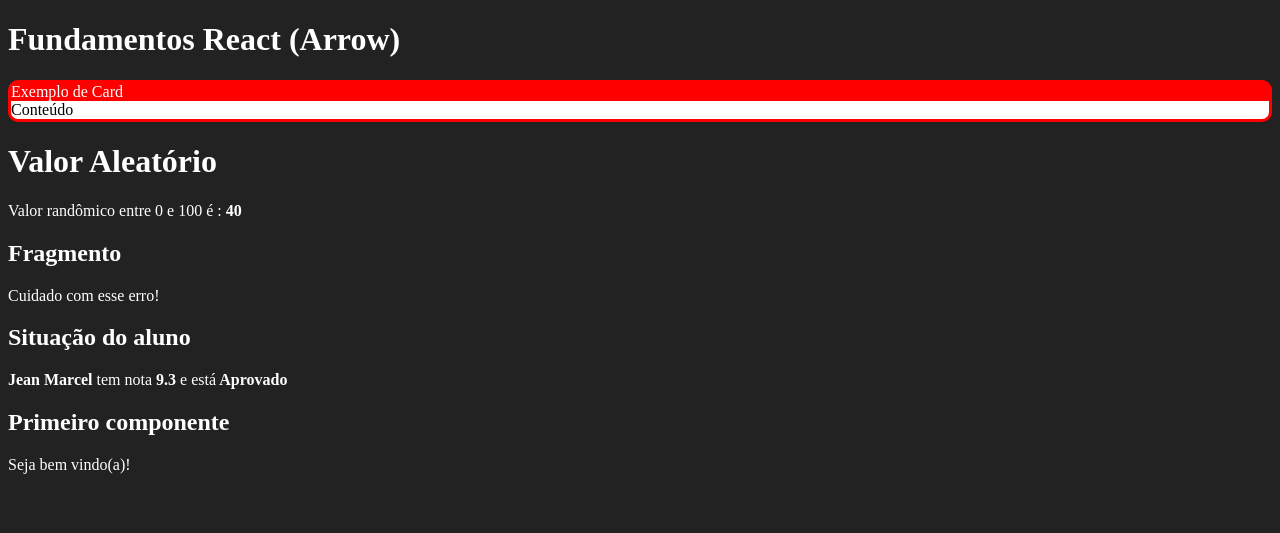
Repository: jean-siqueira/fundamentos-react
Page: /
An editor plug-in stored every save of this project. The page is shown before and after the next save, followed by the edit.
The browser window is 1280 px wide. The pictures show the whole page.
The project was rebuilt for these pictures with package versions that can differ from the ones it lists, and the page was loaded fresh each time.

Above is the page before, as saved 2023-03-04 12:00:10.

After the next save:
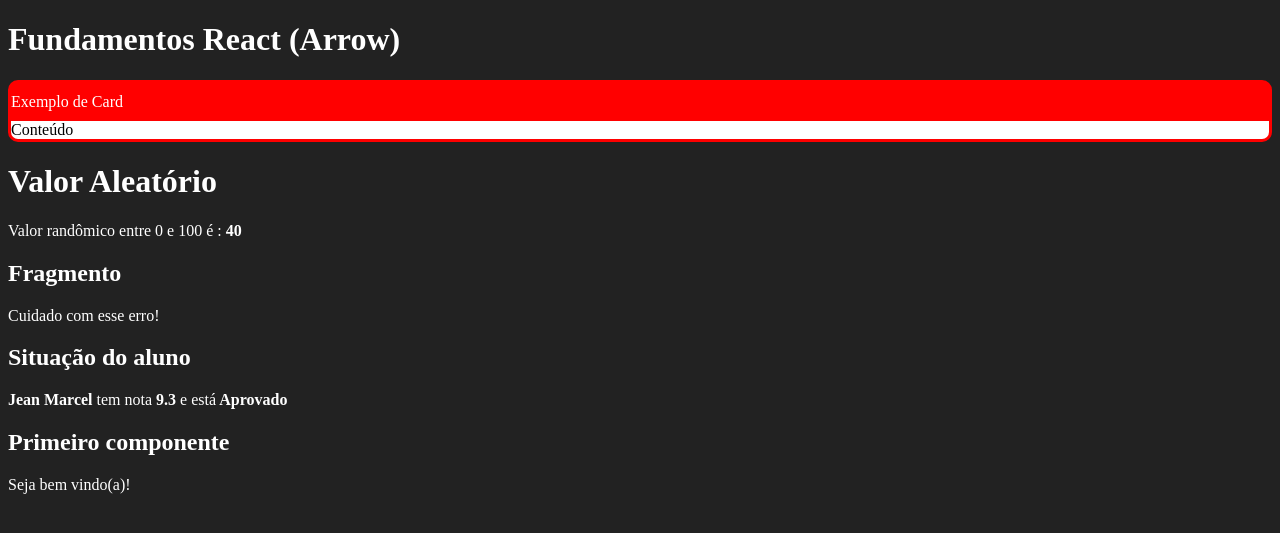
Saved 34 s later.
--- a/src/components/layout/Card.css
+++ b/src/components/layout/Card.css
@@ -6,7 +6,7 @@
 }
 
 .Card .Title {
-  padding: 10ox 0px;
+  padding: 10px 0px;
 }
 
 .Card .Content {
